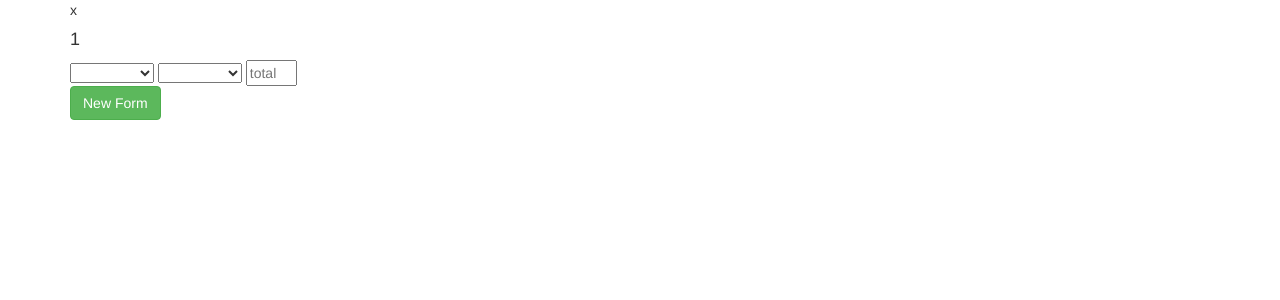
Repository: RezaEftekharzadeh/frey
Page: http://localhost/SilencerStoreProject/frontend/shopForCustomers.jsp
These files come from the project's save history. The page is drawn as it stood at one moment and after the next save; the edit follows.
The browser window is 1280 px wide. The pictures show the whole page.
Some web libraries are served in a nearby version. The page is served by Tomcat 9. Nobody is signed in. The application's start-up code is not run. Other server files are loaded and not shown.

Above is the page before, as saved 2020-08-04 17:15:13.

### SilencerStoreProject/WebContent/frontend/shopForCustomers.jsp
<%@ page language="java" contentType="text/html; charset=ISO-8859-1"
    pageEncoding="ISO-8859-1"%>
<!DOCTYPE html>
<html>
<head>
	<meta charset="ISO-8859-1">
	<title>Insert title here</title>
	<link rel="stylesheet" href="https://maxcdn.bootstrapcdn.com/bootstrap/3.3.7/css/bootstrap.min.css"
			integrity="sha384-BVYiiSIFeK1dGmJRAkycuHAHRg32OmUcww7on3RYdg4Va+PmSTsz/K68vbdEjh4u"
		 	crossorigin="anonymous">
	<script src="https://cdnjs.cloudflare.com/ajax/libs/vue/2.4.4/vue.js"></script>
</head>
<body>

<form action="shop">
<div class="container">


		<div class="card mb-3"  v-for="(silencer, index) in silencers">
			<div class="card-body" >
				<span class="float-right" style="cursor:pointer"
					@click='deleteSilencerForm(index)'>
					x
				</span>



				<h4 class="card-title">{{ index +1 }}</h4>

				<div class="silencer-form">

					<select name="tread" id="tread"  v-model="silencer.tread">
						 <option value="volvo">Volvo</option>
						 <option value="saab">Saab</option>
						 <option value="mercedes">Mercedes</option>
						 <option value="audi">Audi</option>
					</select>

					<select name="core" id="core" v-model="silencer.core" >
						 <option value="volvo">Volvo</option>
						 <option value="saab">Saab</option>
						 <option value="mercedes">Mercedes</option>
						 <option value="audi">Audi</option>
					</select>

					<input type="text" placeholder="total" size = "3" v-model="silencer.total">

				</div>
			</div>
		</div>

		<button class="btn btn-success mt-5 mb-5"
			@click="addNewForm">
			New Form
		</button>

	</div>

</form>

	<script>

		var app = new Vue({
			el: '.container',
			data: {
				silencers: [
					{
						tread: '',
						core: '',
						total: ''
					}
				]

			},
			methods: {
				addNewForm () {
				this.silencers.push({
					tread: '',
					core: '',
					total: ''
				})
			},

		deleteSilencerForm (index) {
			this.silencers.splice(index, 1)
			}
		}
	})

	</script>


</body>
</html>

After the next save:
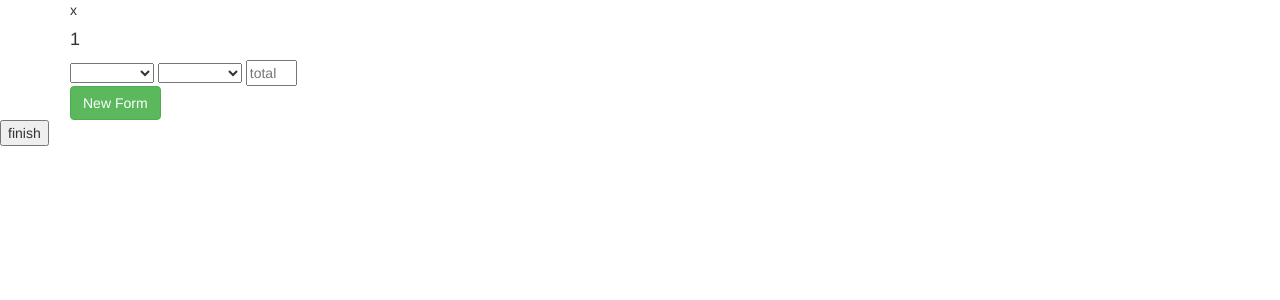
Saved 96 s later.
--- a/SilencerStoreProject/WebContent/frontend/shopForCustomers.jsp
+++ b/SilencerStoreProject/WebContent/frontend/shopForCustomers.jsp
@@ -54,8 +54,9 @@
 			New Form
 		</button>
 
+
 	</div>
-
+ <input type="submit" value="finish" >
 </form>
 
 	<script>
